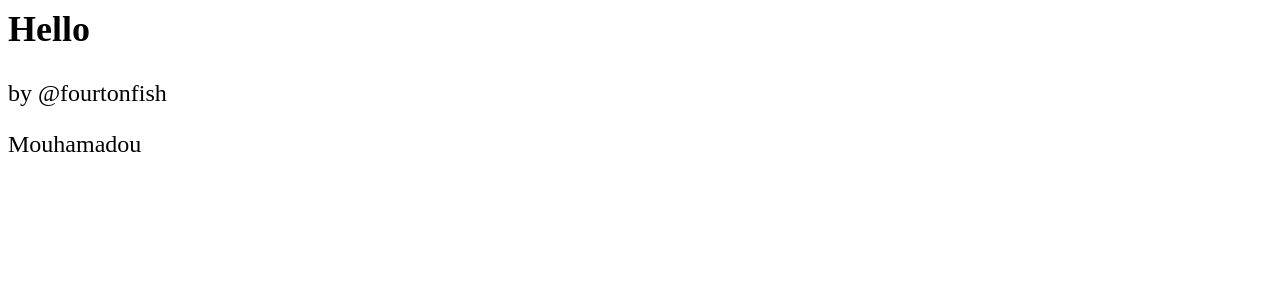
Repository: Grimlock123/starwear
Page: 1.html
The author's editor kept a record of every edit. The page is drawn from the files as they stood at one moment, then again after the next edit.
The browser window is 1280 px wide. The pictures show the whole page.
The page's requests for data from a server got no answer.

Above is the page before.
Console error: TypeError: Cannot set properties of null (setting 'innerHTML')

### 1.html
<html>
    <head>
        <title>Hello</title>
        <link rel="stylesheet" type="text/css" href="1.css">
    </head>

    <body>
        <div id="section">
        <section>
            <h1 id="city">Hello</h1>
            <p><a id="temperature" href="#"></a><span id="weather">by @fourtonfish</span></p>
            <p><a id="date" herf='#'></a><span id="time">Mouhamadou</span></p>
        </section>
        </div>

        <script>
            var weatherData = {
			city: document.querySelector("#city"),
			weather: document.querySelector("#weather"),
			temperature: document.querySelector("#temperature"),
			temperatureValue: 0,
			units: "°C"
		};

		function roundTemperature(temperature){
			temperature = +temperature.toFixed(2);
			return temperature;
		}

		function switchUnits(){
/*
		We are going to use the following formulas for conversion from C to F and back:
				°F = °C  x  9/5 + 32
				°C = (°F  -  32)  x  5/9
*/
			if (weatherData.units == "°C"){
				weatherData.temperatureValue = roundTemperature(weatherData.temperatureValue * 9/5 + 32);
				weatherData.units = "°F";
			}
			else{
				weatherData.temperatureValue = roundTemperature((weatherData.temperatureValue -  32) * 5/9);
				weatherData.units = "°C";
			}

			weatherData.temperature.innerHTML = weatherData.temperatureValue + weatherData.units;
		}

		function getLocationAndWeather(){
			if (window.XMLHttpRequest){
				var xhr = new XMLHttpRequest();
				xhr.addEventListener("load", function() {
					console.log("Processing weather info...");
					var response = JSON.parse(xhr.responseText);

					console.log(response);
					var position = {
						latitude: response.latitude,
						longitude: response.longitude
					};
					var cityName = response.city;
					if (cityName == "Earth"){
						// IP-based location detection failed. Let's ask the user where he or she lives.
						getWeatherForLocation();
					}
					else{
						var weatherSimpleDescription = response.weather.simple;
						var weatherDescription = response.weather.description;
			//			A note: rounding the temperature here is really only necessary when starting with Celsius as your default unit.
						var weatherTemperature = roundTemperature(response.weather.temperature);
			/*
						To keep things lean, we don't really need to store the values above in the memory, so we're defining them as local variables. As such, they will be cleared after this function runs. However, we will need to save the temperature globally in order to do conversions.
			*/
						weatherData.temperatureValue = weatherTemperature;

						loadBackground(position.latitude, position.longitude, weatherSimpleDescription);
						weatherData.city.innerHTML = cityName;
						weatherData.weather.innerHTML =  ", " + weatherDescription;
						weatherData.temperature.innerHTML = weatherTemperature + weatherData.units;
						console.log("Finished processing and displaying weather info...");

					}
				}, false);

				xhr.addEventListener("error", function(err){
					alert("Could not complete the request");
				}, false);

				xhr.open("GET", "https://fourtonfish.com/tutorials/weather-web-app/getlocationandweather.php?owapikey=45713cc0d54c4bfa1c7efbbdbd1c6c2b&units=metric", true);
				xhr.send();
				console.log("Requesting weather info...");
			}
			else{
				alert("Unable to fetch the location and weather data.");
			}
		}

		function getWeatherForLocation(){
			var location = prompt("Your location could not be detected automatically, can you tell me where you live?");
			if (location != null){
				document.querySelector("body").style.backgroundImage = "url('https://fourtonfish.com/tutorials/weather-web-app/images/default.jpg')";
				document.querySelector("#image-source").setAttribute("href", "https://www.flickr.com/photos/superfamous/310185523/sizes/o/");

				var xhr = new XMLHttpRequest();
				xhr.addEventListener("load", function() {
					var response = JSON.parse(xhr.responseText);

					console.log(response);
					var position = {
						latitude: response.latitude,
						longitude: response.longitude
					};
					var cityName = response.city;

					var weatherSimpleDescription = response.weather.simple;
					var weatherDescription = response.weather.description;
					var weatherTemperature = roundTemperature(response.weather.temperature);
					weatherData.temperatureValue = weatherTemperature;

					weatherData.city.innerHTML = cityName;
					weatherData.weather.innerHTML =  ", " + weatherDescription;
					weatherData.temperature.innerHTML = weatherTemperature + weatherData.units;
				}, false);

				xhr.addEventListener("error", function(err){
					alert("Could not complete the request");
				}, false);



				xhr.open("GET", "https://fourtonfish.com/tutorials/weather-web-app/getweatherforlocation.php?owapikey=45713cc0d54c4bfa1c7efbbdbd1c6c2b&units=metric&location=" + location, true);
				xhr.send();
			}
			else{
				alert("Unable to fetch the location and weather data.");
			}
		}

		function loadBackground(lat, lon, weatherTag) {
			var script_element = document.createElement('script');

			script_element.src = "https://api.flickr.com/services/rest/?method=flickr.photos.search&api_key=0677de6a559772c8cb27dd22219dfa0c&lat=" + lat + "&lon=" + lon + "&accuracy=1&tags=" + weatherTag + "&sort=relevance&extras=url_l&format=json";

			document.getElementsByTagName('head')[0].appendChild(script_element);
		}

		function jsonFlickrApi(data){
			console.log(data);
			if (data.photos.pages > 0){
				var photo = data.photos.photo[0];
				document.querySelector("body").style.backgroundImage = "url('" + photo.url_l + "')";
				document.querySelector("#image-source").setAttribute("href", "http://www.flickr.com/photos/" + photo.owner + "/" + photo.id);
			}
			else{
				document.querySelector("body").style.backgroundImage = "url('https://fourtonfish.com/tutorials/weather-web-app/images/default.jpg')";
				document.querySelector("#image-source").setAttribute("href", "https://www.flickr.com/photos/superfamous/310185523/sizes/o/");
			}
		}

		// Everything is defined, let's start this show.
		getLocationAndWeather();

		document.getElementById("para1").innerHTML = formatAMPM();

function formatAMPM() {
    var date = new Date();
    var hours = date.getHours();
    var days = date.getDay();
    var minutes = date.getMinutes();
    var ampm = hours >= 12 ? 'pm' : 'am';
    hours = hours % 12;
    hours = hours ? hours : 12; // the hour '0' should be '12'
    minutes = minutes < 10 ? '0'+minutes : minutes;
    var strTime = date + ' ' + hours + ':' + minutes + ' ' + ampm;
    return strTime;
}
        </script>
    </body>
</html>

### 1.css
section{
    font-size:24px;
}

After the next edit:
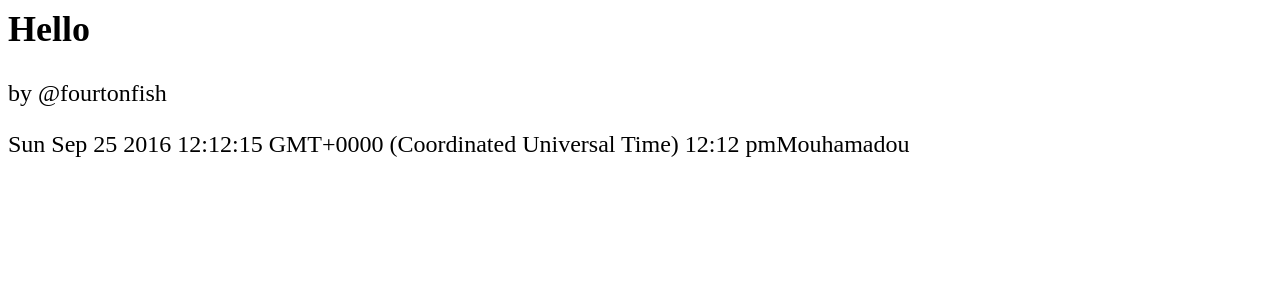
The error is gone.
The edit:
--- a/1.html
+++ b/1.html
@@ -159,7 +159,7 @@
 		// Everything is defined, let's start this show.
 		getLocationAndWeather();
 
-		document.getElementById("para1").innerHTML = formatAMPM();
+		document.getElementById("date").innerHTML = formatAMPM();
 
 function formatAMPM() {
     var date = new Date();
